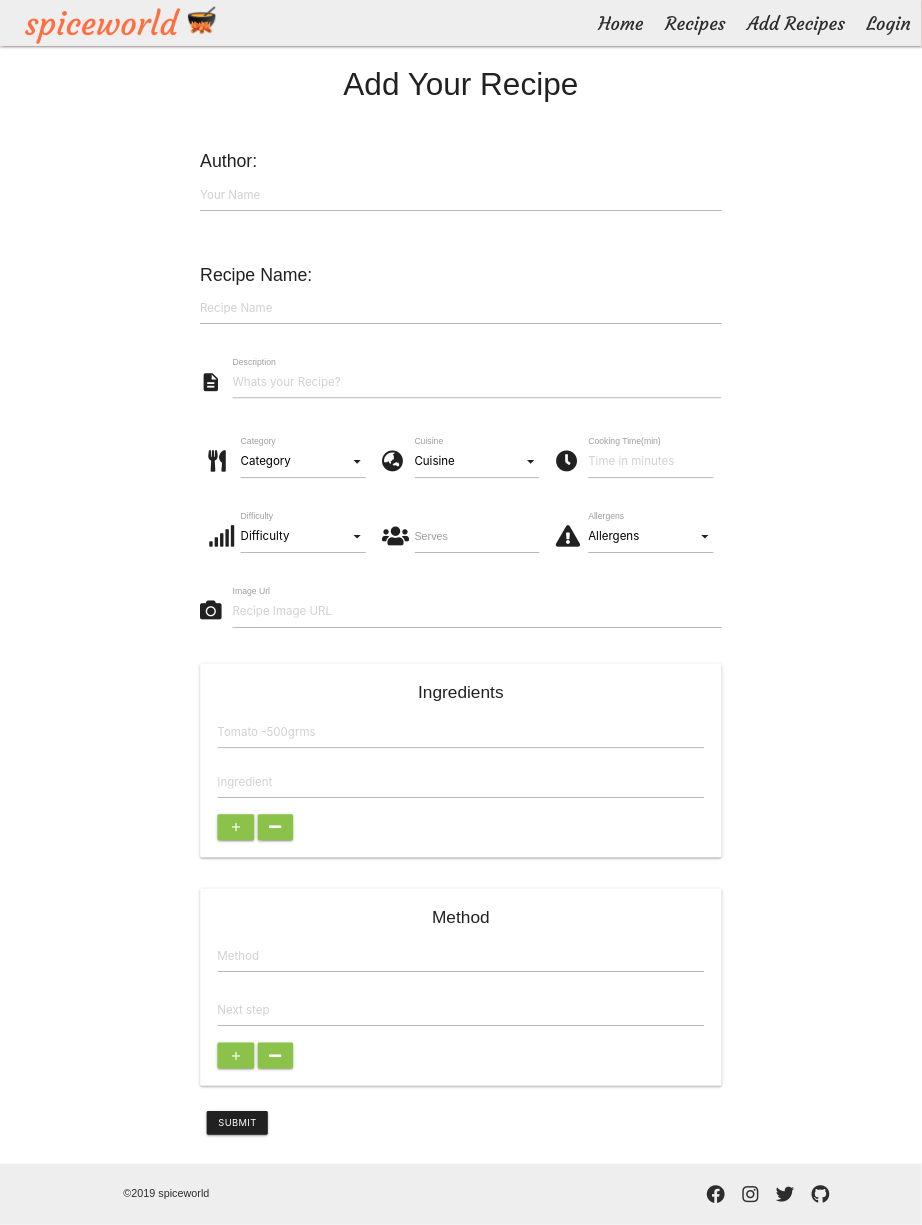
Repository: stephyraju/spiceworld
Page: http://localhost/add_recipe
The author's editor kept a record of every edit. The page is drawn from the files as they stood at one moment, then again after the next edit.
The browser window is 1280 px wide. The pictures show the whole page, at 72% of full size.
Some web libraries are served in a nearby version. The page is served by the project's application, run on Flask 3 (app.py). Queries for data that is not in the repository find no rows.

Above is the page before.

### templates/addrecipe.html
{% extends 'base.html'%} {% block content %}
<section class="container">
    <div class="row center">
        <h3>Add Your Recipe</h3>
    </div>
    <div class="row">
        <form action="{{ url_for('insert_recipe') }}" method="POST" class="col s12">
            <!-- Author -->
            <div class="row">
                <div class="input-field col s10 offset-s1">
                    <h5><strong>Author:</strong></h5>
                    <input placeholder="Your Name" id="author" name="author" type="text" class="validate" required="">
                </div>
            </div>
            <!-- recipe name -->
            <div class="row">
                <div class="input-field col s10 offset-s1">
                    <h5><strong>Recipe Name:</strong></h5>
                    <input placeholder="Recipe Name" id="recipe_name" name="recipe_name" type="text" class="validate" required="">
                </div>
            </div>
 <div class="row">
                <div class="input-field col s10 offset-s1">
                    <i class="material-icons prefix ">description</i>
                    <textarea placeholder="Whats your Recipe?" name="recipe_description" id="recipe_description" class="materialize-textarea" required></textarea>
                    <label for="icon_telephone">Description</label>
                </div>
            </div>
            <!-- Category -->
            <div class="row">
                <div class="col m10 offset-m1">
                    <!-- Category -->
                    <div class="col s6 l4">
                        <div class="input-field">
                            <i class="fas fa-utensils material-icons prefix"></i>
                            <select id="category" name="category_name" class="validate" required>
                           <option value="" disabled selected>Category</option>
                            {% for cat in categories %}
                           <option value="{{cat.category_name}}">{{cat.category_name}}</option>
                           {% endfor %}
                           </select>
                            <label>Category</label>
                        </div>
                    </div>

                    <!-- Cuisine -->
                    <div class="col s6 l4">
                        <div class="input-field">
                            <i class="fas fa-globe-asia material-icon prefix"></i>
                            <select id="cuisine" name="cuisine" class="validate" required>
                           <option value="" disabled selected>Cuisine</option>
                           {% for cuisine in cuisines %}
                                    <option value="{{cuisine.cuisine}}">{{cuisine.cuisine}}</option>
                                {% endfor %}
                           </select>
                            <label>Cuisine</label>
                        </div>
                    </div>
                    <!-- Cooking Time -->
                    <div class="col s6 l4">
                        <div class="input-field">
                            <i class="fas fa-clock material-icons prefix"></i>
                            <input id="cooking_time" name="cooking_time" type="number" placeholder="Time in minutes" class="validate" min="1" required="">
                            <label>Cooking Time(min)</label>
                        </div>
                    </div>
                </div>
            </div>
            <div class="row">
                <div class="col m10 offset-m1">
                    <!-- Difficulty -->
                    <div class="col s6 l4">
                        <div class="input-field">
                            <i class="fas fa-signal material-icons prefix"></i>
                            <select id="difficulty" name="" class="validate" required>
                           <option value="" disabled selected>Difficulty</option>
                                {% for level in difficulty%}
                                    <option value="{{level.difficulty}}">{{level.difficulty}}</option>
                                {% endfor %}
                           </select>
                            <label>Difficulty</label>
                        </div>
                    </div>
                    <!-- Serves -->
                    <div class="col s6 l4">
                        <div class="input-field">
                            <i class="fas fa-users material-icons prefix"></i>
                            <input id="serves" name="serves" type="number" class="validate" min="1" required="">
                            <label>Serves</label>
                        </div>
                    </div>
                    <!-- Allergens -->
                    <div class="col s6 l4">
                        <div class="input-field">
                            <i class="fas fa-exclamation-triangle material-icon prefix"></i>
                            <select id="allergens" name="allergens" class="validate" required>
                           <option value="" disabled selected>Allergens</option>
                            {% for allergen in allergens %}
                            <option class="allergens" value="{{allergen.allergen}}">{{allergen.allergen}}</option>
                            {% endfor %}
                           </select>
                            <label>Allergens</label>
                        </div>
                    </div>

                </div>
            </div>
            <!--Image Url-->
            <div class="row">
                <div class="col s10 offset-s1">
                    <div class="input-field ">
                        <i class="fas fa-camera material-icons prefix"></i>
                        <input id="image_url" name="image_url" class="validate" type="url" minlength="15" placeholder="Recipe Image URL" pattern="https?://.+">
                        <label for="image_url">Image Url</label>
                    </div>
                </div>
            </div>
            <!--Ingredients-->
            <div class="row">
                <div class="col s10 offset-s1">
                    <div class="card background">
                        <div class="card-content">
                            <span class="card-title center">Ingredients</span>

                            <div class="addIngredient">
                                <div class="input-field whites-4">
                                    <input id="ingredients" type="text" placeholder="Tomato -500grms" name="ingredients[]" required>
                                </div>
                            </div>
                            <div class="new-ingredient ingredient">
                                <div class="input-field whites-4">
                                    <input id="ingredient-new" type="text" class="ingredient validate" placeholder="Ingredient" name="ingredients[]" minlength="1" maxlength="10" required>
                                </div>
                            </div>
                            <!-- add button -->
                            <a id="add_ingredient" class="btn waves-effect waves-light light-green"><i class="material-icons">add</i></a>
                            <a id="remove_ingredient" class="btn waves-effect waves-light light-green"><i class="fas fa-minus"></i></a>
                        </div>
                    </div>
                </div>
            </div>
            <!--Direction-->
            <div class="row">
                <div class="col s10 offset-s1">
                    <div class="card background">
                        <div class="card-content">
                            <span class="card-title center">Method</span>
                            <div class="input-field whites-4">
                                <textarea id="methods" class="materialize-textarea validate" placeholder="Method" name="method" minlength="5" maxlength="600"></textarea>
                            </div>

                            <div class="new-step method">
                                <div class="input-field whites-4">
                                    <input id="new-step" type="text" class="method validate" placeholder="Next step" name="method" minlength="5" maxlength="600" required>
                                </div>
                            </div>
                            <a id="add_method" class="btn waves-effect waves-light light-green"><i class="material-icons">add</i></a>
                            <a id="remove_method" class="btn waves-effect waves-light light-green"><i class="fas fa-minus"></i></a>
                        </div>
                    </div>
                </div>
            </div>

            <!--Submit button-->
            <div class="row col s10 offset-s1">
                <button class="btn waves-effect waves-light btn-small grey darken-4" type="submit" name="action">Submit</button>
            </div>
        </form>
    </div>
</section>
{% endblock %}

### templates/base.html
<!DOCTYPE html>
<html lang="en">

<head>
  <meta charset="UTF-8">
  <meta name="viewport" content="width=device-width, initial-scale=1.0">
  <meta http-equiv="X-UA-Compatible" content="ie=edge">
  <title>spiceworld</title>

  <!--Import Google Icon Font-->
  <link href="https://fonts.googleapis.com/icon?family=Material+Icons" rel="stylesheet">
  <!--Font Awesome-->
  <link rel="stylesheet" href="https://use.fontawesome.com/releases/v5.8.2/css/all.css" integrity="sha384-oS3vJWv+0UjzBfQzYUhtDYW+Pj2yciDJxpsK1OYPAYjqT085Qq/1cq5FLXAZQ7Ay" crossorigin="anonymous">
  <!--Materialize CSS-->
  <link rel="stylesheet" href="https://cdnjs.cloudflare.com/ajax/libs/materialize/1.0.0/css/materialize.min.css">
  <!--CSS-->
  <link rel="stylesheet" href="{{ url_for('static', filename='css/style.css')}}" type="text/css" />

</head>

<body>

  <!--Header-->
  <header class="navbar-fixed">
    <nav>
      <div class="nav-wrapper grey lighten-3">
        <a href="#" class="brand-logo">spiceworld <img class="hide-on-med-and-down" src="{{ url_for('static', filename='images/logo.png') }}"></a>
        <a href="#" data-target="mobile-sidenav" class="sidenav-trigger"><i class="fas fa-bars"></i></a>
        <ul id="nav-mobile" class="right hide-on-med-and-down">
          <li><a href="{{ url_for('index') }}">Home</a></li>
          <li><a href="{{ url_for('get_recipes') }}">Recipes</a></li>
          <li><a href="{{ url_for('add_recipe') }}">Add Recipes</a></li>
          <li><a href="collapsible.html">Login</a></li>

        </ul>
      </div>
    </nav>
  </header>
  <!--Sidenav-->
  <ul class="sidenav" id="mobile-sidenav">
    <img class="responsive-img" src="{{ url_for('static', filename='images/sidenav.png') }}" alt="spices-image">

    <li><a class="active" href="#">Home</a></li>
    <li><a href="#!">Recipes</a></li>

    <li><a href="#">Login</a></li>
    <li><a class="waves-effect" href="#!">Third Link With Waves</a></li>
  </ul>

  <main>
    {% block content %}
    {% endblock %}
  </main>

  <footer class="page-footer grey lighten-3">

     <div class="row footer-content">
        <div class="col s5 m6">
          <div class="copyright">&copy;2019 spiceworld</div>
        </div>
        <div class="col s7 m3">
                    <a href="https://www.facebook.com/" target="_blank"><i class="fab fa-facebook social-icon"></i></a>
                    <a href="https://www.instagram.com/" target="_blank"><i class="fab fa-instagram social-icon"></i></a>
                    <a href="https://www.twitter.com/" target="_blank"><i class="fab fa-twitter social-icon"></i></a>
                    <a href="https://github.com/stephyraju" target="_blank"><i class="fab fa-github social-icon"></i></a>
        </div>

      </div>

  </footer>

  <script src="https://code.jquery.com/jquery-3.4.0.slim.js" integrity="sha256-milezx5lakrZu0OP9b2QWFy1ft/UEUK6NH1Jqz8hUhQ=" crossorigin="anonymous"></script>
  <script src="https://cdnjs.cloudflare.com/ajax/libs/materialize/1.0.0/js/materialize.min.js"></script>
  <script src="{{ url_for('static', filename='js/main.js') }}"></script>
</body>

</html>

### app.py
import os
from flask import Flask, render_template, redirect, request, url_for
from flask_pymongo import PyMongo
from bson.objectid import ObjectId

# declaring app name
app = Flask(__name__)

app.config["MONGO_DBNAME"] = 'cook_book'
app.config["MONGO_URI"] = os.getenv('MONGO_URI', 'mongodb://localhost')

mongo = PyMongo(app)

@app.route('/')
@app.route('/index')
def index():
     return render_template("index.html", recipes=mongo.db.recipes.find())

#@app.route('/get_recipes',methods=['POST','GET'])
#def get_recipes():
 #   return render_template("recipes.html", recipes=mongo.db.recipes.find())

@app.route("/get_recipes", methods=['POST', 'GET'])
def get_recipes():
    return render_template('recipes.html',
                         recipes=mongo.db.recipes.find(),
                         categories = mongo.db.categories.find())


@app.route('/add_recipe')
def add_recipe():
     return render_template("addrecipe.html",
               recipes=mongo.db.recipes.find(),
               categories = mongo.db.categories.find(),
               cuisines=mongo.db.cuisines.find(),
               difficulty=mongo.db.difficulty.find(),
               allergens=mongo.db.allergens.find())


@app.route('/insert_recipe', methods=['POST'])
def insert_recipe():
    print(request.form)
    print(request.form.getlist('ingredients[]'))
    print(request.form.to_dict())
    recipes = mongo.db.recipes
    data = request.form.to_dict()
    data.update({'ingredients':request.form.getlist('ingredients[]')})
    del data['ingredients[]']
    recipes.insert_one(data)
    return redirect(url_for('get_recipes'))

@app.route('/view_recipes', methods=['GET'])
def view_recipes():
     return render_template("view.html",
               categories=mongo.db.categories.find())


if __name__ == '__main__':
    app.run(host=os.environ.get('IP'),
            port=int(os.environ.get('PORT')),
            debug=True)

### static/css/style.css
@import url('https://fonts.googleapis.com/css?family=Courgette&display=swap');

body {
  background-color: F0F0F0;
  font-family: 'ProximaNova Regular', sans-serif;
  display: flex;
  flex-direction: column;
  min-height: 100vh;
  overflow-x: hidden;
}
.section-container {
  max-width: 100%;
  margin-left: auto;
  margin-right: auto;
  padding-left: 15px;
  padding-right: 15px;
  border-radius: 5px;
}
/* -------- Nav Bar ----------*/

nav {
     font-family: 'Courgette';
}

nav .brand-logo {
    color: #ff6e40;
    font-size: 3rem;
    font-family: 'Courgette', cursive;
    -webkit-transition: 0.2s;
    -o-transition: 0.2s;
    transition: 0.2s;
}

@media screen and (min-width: 993px){
nav .brand-logo {
    margin-left: 2.3rem;
}
}
nav ul a {
  color:#2d2d2d;
  font-size: 1.7rem;
  font-family: 'Courgette';
}
nav ul a:hover,
nav ul .active {
  color:#76c14f;
}
.fa-bars{
  color: #ff6e40;
}

/*--------Title----------*/

.title-container{
  position: relative;
  text-align: center;
  color: white;
  width:100%;
  margin-top: 20px;
}
.title-container img{
    display: block;
    width: 100%;
    height: 25vh;
    object-fit: cover;
    border-radius: 5px;
}

.intro-content{
  position: absolute;
  top: 50%;
  left: 70%;
  transform: translate(-50%, -50%);
}
/*--------Category---------*/

.catergory-container{
  font-size: 1.2rem;
  color:#2d2d2d;
  margin-top: 20px;
  background-color:#eeeeee;
  height:70px;
  margin-left: 15px;
  margin-right: 15px;
}
.catergory-container .row {
  padding-top: 20px;
}
.catergory-container a {
  color:#2d2d2d;
}
.catergory-container a :hover {
  color:#ff6e40 !important;
}

/*--------Description---------*/
.cells h4 {
  font-family: 'Muli','sans-serif';
}
.cells h5{
  color: #76c14f;
  font-size: 1.5rem;
  font-family: 'Courgette',sans-serif;
}
 p {
  padding-left: 30px;
  padding-right: 30px;
}
.content{
  margin-top: 20px;
  margin-bottom: 20px;
}
/*--------View Recipe---------*/
li {
  list-style: square;
  }
 .recipe-view .card {
   background-color: #fcf4ec;
 }
/*--------Footer---------*/

.page-footer i{
  color:#2d2d2d;
}
.page-footer i:hover{
   color:#ff6e40;
}
.page-footer {
    min-height: 45px;
}
.footer-content{
  display:flex;
  color:#2d2d2d;
}
.copyright{
  padding-top: 10px;
}
.social-icon {
  margin: 10px;
  color: white;
  font-size: 1.7rem;
}

### static/js/main.js
$(document).ready(function(){
    $('.sidenav').sidenav();
    $('.dropdown-trigger').dropdown();
    $('select').formSelect();
    $('.carousel').carousel();

  });

 var ingredientField = $(".ingredient").length;
    $("#add_ingredient").on("click", function () {
        $("select").formSelect("destroy");
        $(".new-ingredient:first").clone().insertBefore("#add_ingredient").find("input[type='text'], select, textarea").val("");
        $("select").formSelect();
        ingredientField += 1;
    });

    $("#remove_ingredient").on("click", function () {
        if (ingredientField > 1) {
            /* only remove the :last item */
            $(this).siblings(".new-ingredient:last").remove();
            /* ensure original ingredient line never gets deleted */
            ingredientField-= 1;
        }
    });


var methodField = $(".method").length;
    /* add new cloned item */
    $("#add-method").on("click", function () {
        /* clone and remove existing values */
        $(".new-step:first").clone().insertBefore("#add-method").find("input[type='text'], select, textarea").val("");
        /* increase counter so original direction is never removed */
        methodField += 1;
    });
    /* delete last cloned item */
    $("#remove-method").on("click", function () {
        if ( methodField > 1) {
            /* only remove the :last item */
            $(this).siblings(".new-step:last").remove();
            /* ensure original direction line never gets deleted */
            methodField -= 1;
        }
    });

After the next edit:
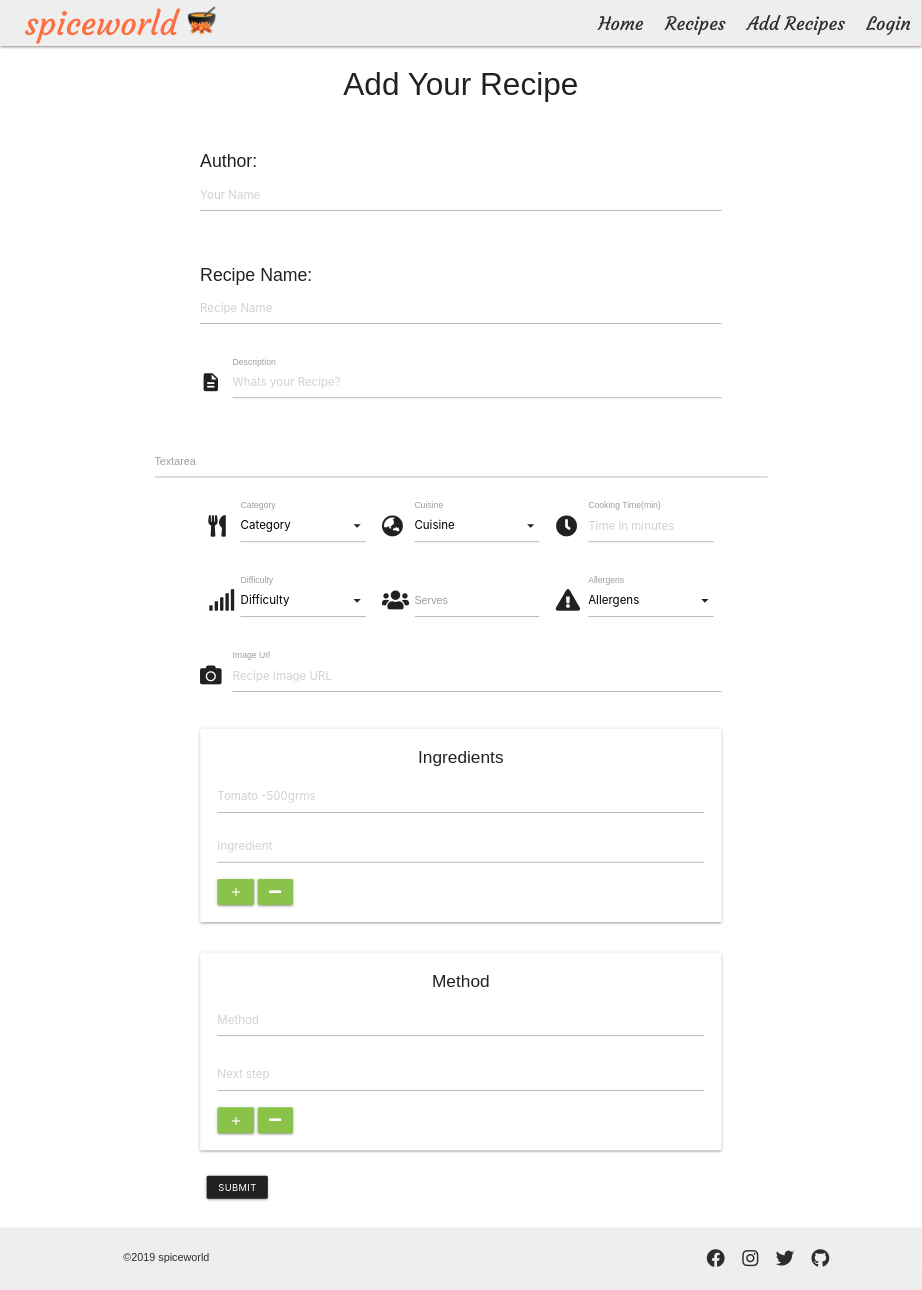
The edit:
--- a/templates/addrecipe.html
+++ b/templates/addrecipe.html
@@ -26,6 +26,13 @@
                     <label for="icon_telephone">Description</label>
                 </div>
             </div>
+
+            <div class="input-field col s12">
+          <textarea id="textarea1" class="materialize-textarea"></textarea>
+          <label for="textarea1">Textarea</label>
+        </div>
+
+
             <!-- Category -->
             <div class="row">
                 <div class="col m10 offset-m1">
